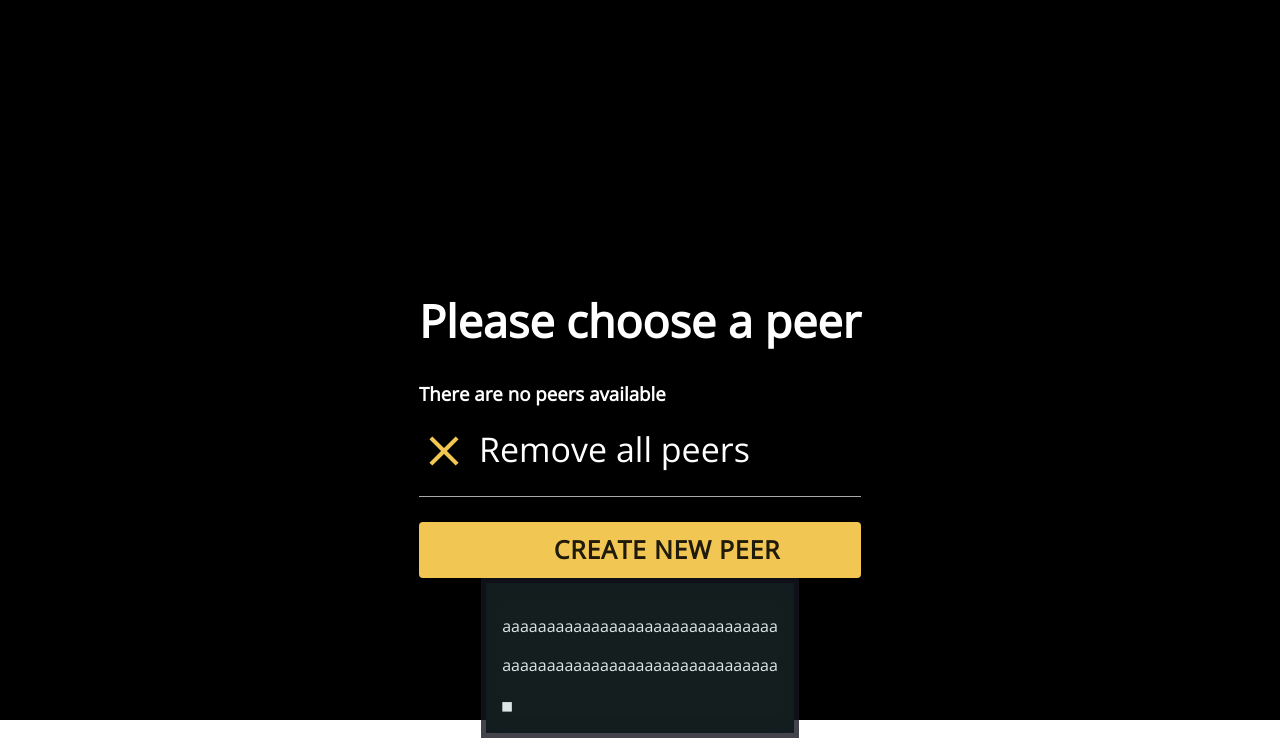
Repository: Bachdz/ASAP-Gui-Frontend
Page: /login
The author's editor kept a copy of each file at every save. The page is drawn from the files as they stood at one save, then again after the next save.
The browser window is 1280 px wide. The pictures show the whole page.
The page's requests for data from a server got no answer. The project was rebuilt for these pictures with package versions that can differ from the ones it lists, and the page was loaded fresh each time. No one was signed in, and anything a server would have sent is missing. Also part of the build but not shown: src/css/loginscreen/Peer.css, src/components/fragments/Footer.js, src/components/mainscreen/subcomponents/Apps.js, src/css/mainscreen/Main.css, src/components/mainscreen/Main.js.

Above is the page before, as saved 2020-12-16 19:17:56.

After the next save:
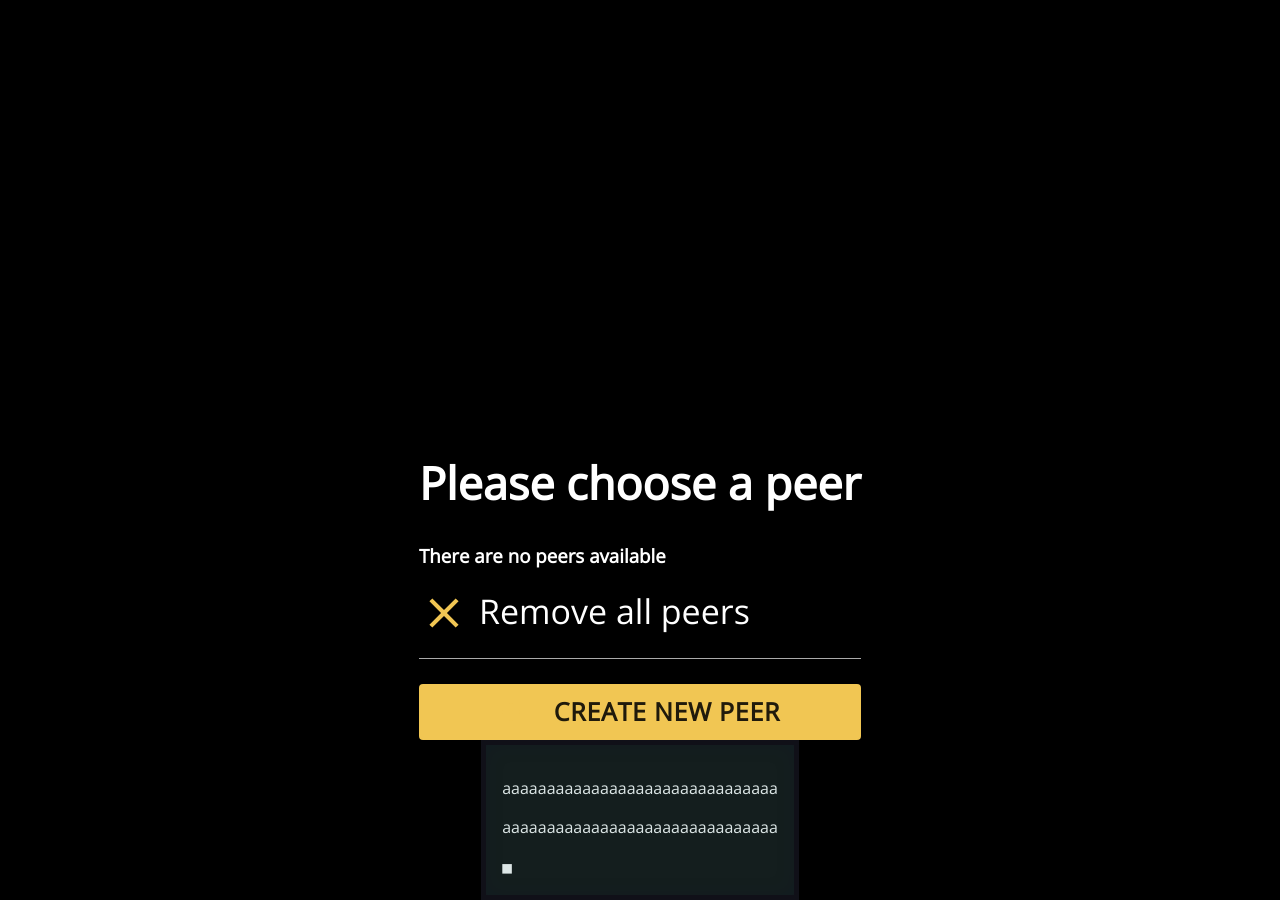
Saved 2 min 33 s later.
--- a/src/App.css
+++ b/src/App.css
@@ -22,7 +22,7 @@ body {
   flex-direction: column;
   background-color: #000000;
   color: #ffffff;
-  height: 100vh;
+  height: 70%;
   margin:0;
 }
 
